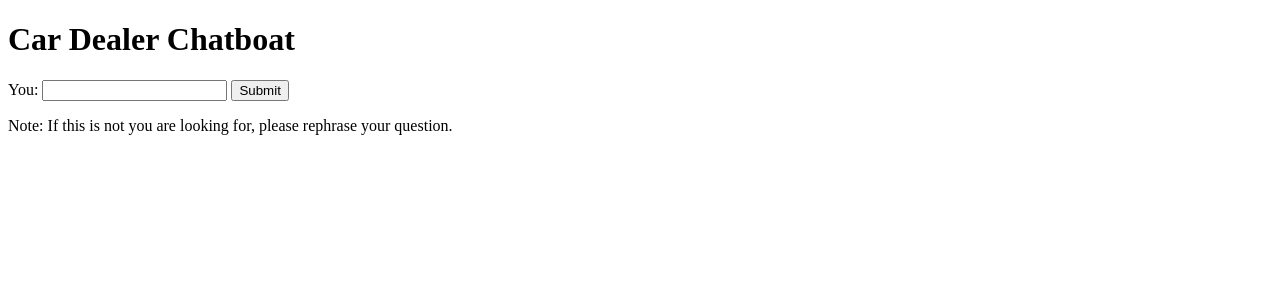
Repository: Uttam-Asodariya/Car-Dealer-Chatbot
Page: templates/index.html
The author's editor kept a copy of each file at every save. The page is drawn from the files as they stood at one save, then again after a run of saves.
The browser window is 1280 px wide. The pictures show the whole page.
The template is drawn by Flask 3. The application's start-up code is not run. The template is opened directly, without the code that normally fills it, so the values that code supplies are empty.

Above is the page before, as saved 2024-04-26 17:46:56.

After the next 2 saves:
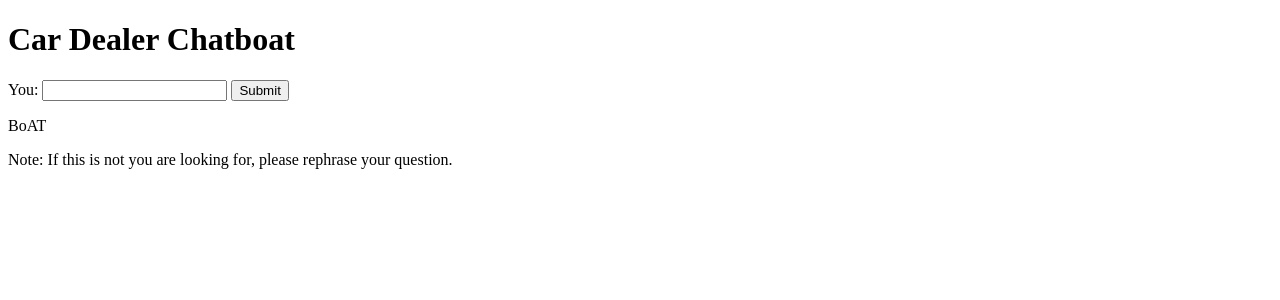
The 2 saves are shown as one change because they came seconds apart.
The last was saved 19 s later.
--- a/templates/index.html
+++ b/templates/index.html
@@ -15,7 +15,7 @@
             <input type="submit" value="Submit">
         </form>
 
-        <p class="text-center"></p>
+        <p class="text-center">BoAT</p>
         <p> Note: If this is not you are looking for, please rephrase your question. </p>
 
     </body>
